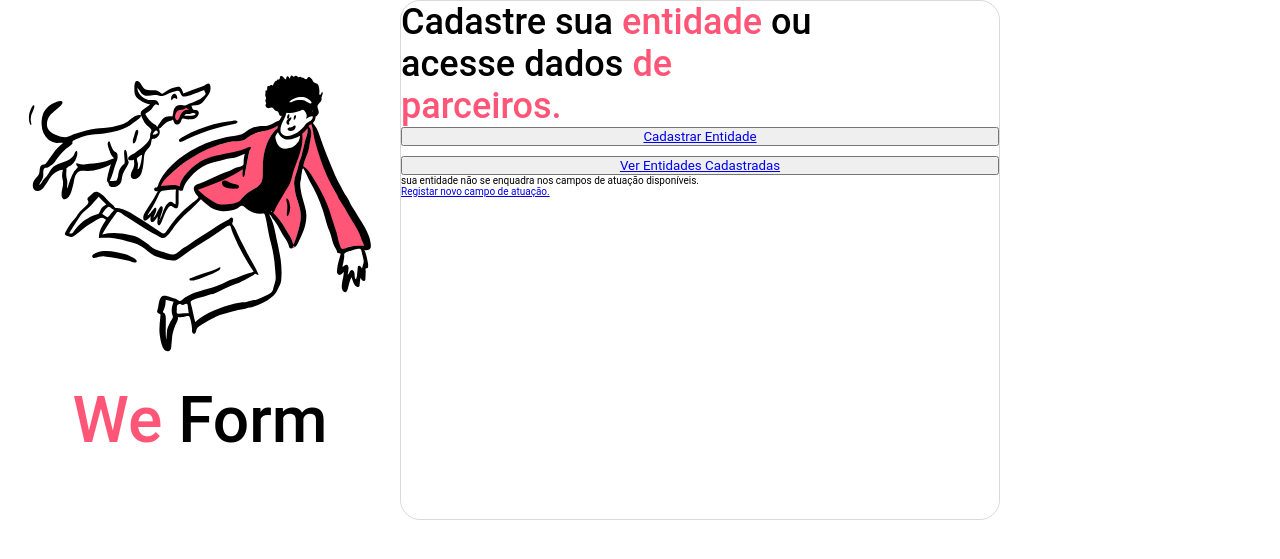
Repository: guilhermecardoso93/we-form
Page: index.html
An editor plug-in stored every save of this project. The page is shown before and after the next save, followed by the edit.
The browser window is 1280 px wide. The pictures show the whole page.

Above is the page before, as saved 2024-06-09 12:11:03.

After the next save:
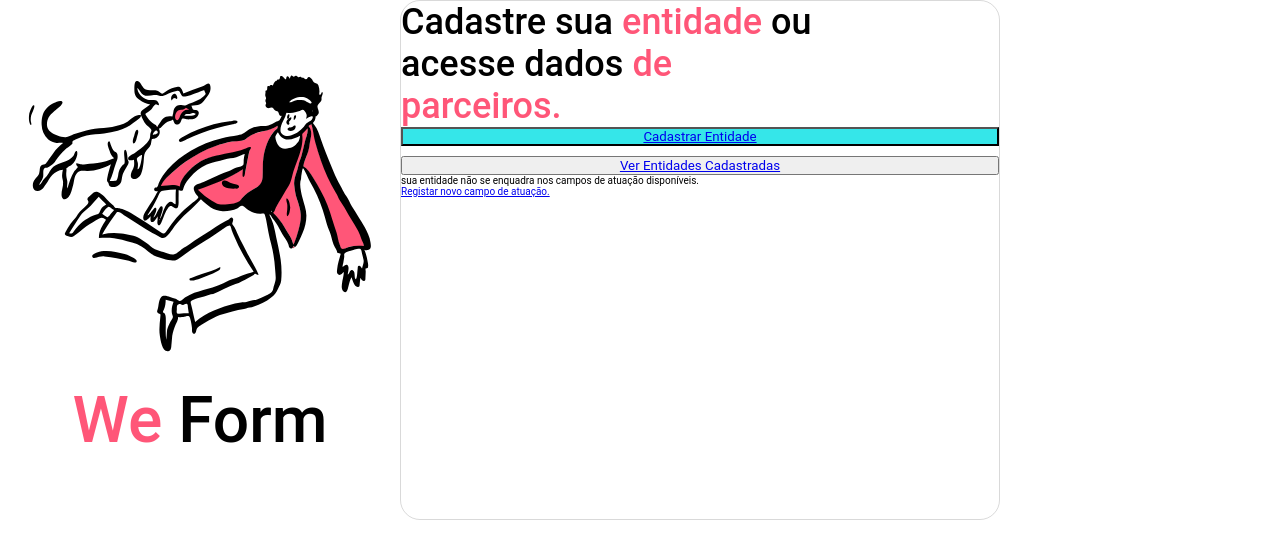
Saved 5 h 13 min later.
--- a/styles.css
+++ b/styles.css
@@ -59,3 +59,10 @@ main h2 {
   justify-content: center;
   gap: 1rem
 }
+
+.buttons button {
+
+}
+ .buttons button:first-child {
+  background-color: #35e6e9;
+ }
